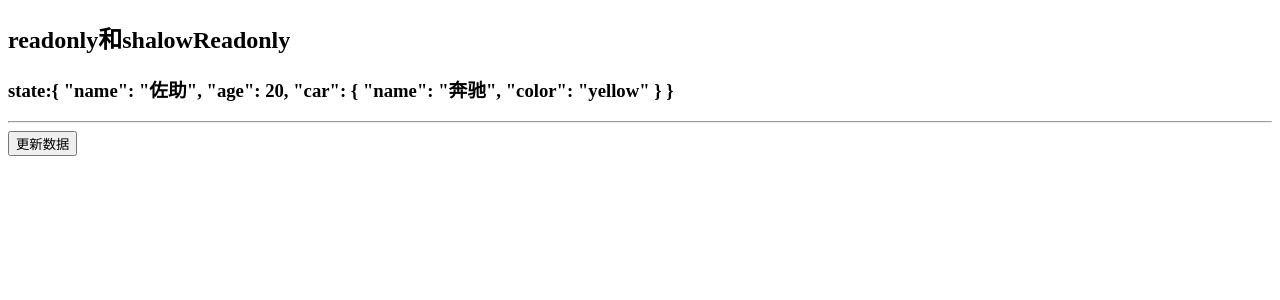
Repository: zhuhongxiang/Vue3.0-TSLeaning
Page: / (app in 04_Vue3/vue3_learning/)
The author's editor kept a copy of each file at every save. The page is drawn from the files as they stood at one save, then again after the next save.
The browser window is 1280 px wide. The pictures show the whole page.
The project was rebuilt for these pictures with package versions that can differ from the ones it lists, and the page was loaded fresh each time.

Above is the page before, as saved 2021-07-27 10:48:03.

After the next save:
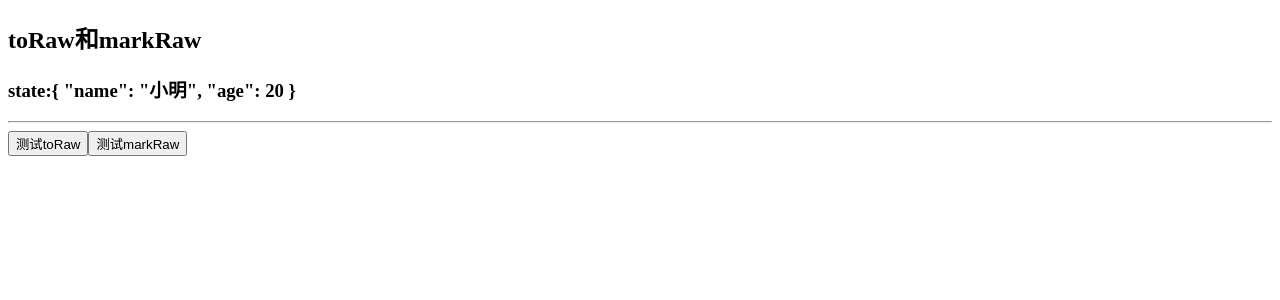
Saved 7 min 51 s later.
--- a/04_Vue3/vue3_learning/src/App.vue
+++ b/04_Vue3/vue3_learning/src/App.vue
@@ -1,36 +1,34 @@
 <template>
-  <h2>readonly和shalowReadonly</h2>
-  <h3>state:{{ state2 }}</h3>
+  <h2>toRaw和markRaw</h2>
+  <h3>state:{{ state }}</h3>
   <hr />
-  <button @click="update">更新数据</button>
+  <button @click="testToRaw">测试toRaw</button>
+  <button @click="testMarkRaw">测试markRaw</button>
 </template>
 
 <script lang='ts'>
-import { defineComponent, reactive, readonly, shallowReadonly } from "vue";
+import { defineComponent, reactive, toRaw, markRaw } from "vue";
 export default defineComponent({
   name: "App",
   props: {},
   components: {},
   setup() {
     const state = reactive({
-      name: "佐助",
+      name: "小明",
       age: 20,
-      car: {
-        name: "奔驰",
-        color: "yellow",
-      },
     });
-    // 深度只读数据
-    // const state2 = readonly(state);
-    // shallowReadonly ---->浅只读的
-    const state2 = shallowReadonly(state);
-    const update = () => {
-      state2.car.name += "===";
+    const testToRaw = () => {
+      // 把代理对象变成了普通对象，数据变化，界面不变化
+      const user = toRaw(state);
+      user.name += "==";
+      console.log("hh");
     };
+    const testMarkRaw = () => {};
 
     return {
-      state2,
-      update,
+      state,
+      testToRaw,
+      testMarkRaw,
     };
   },
 });
